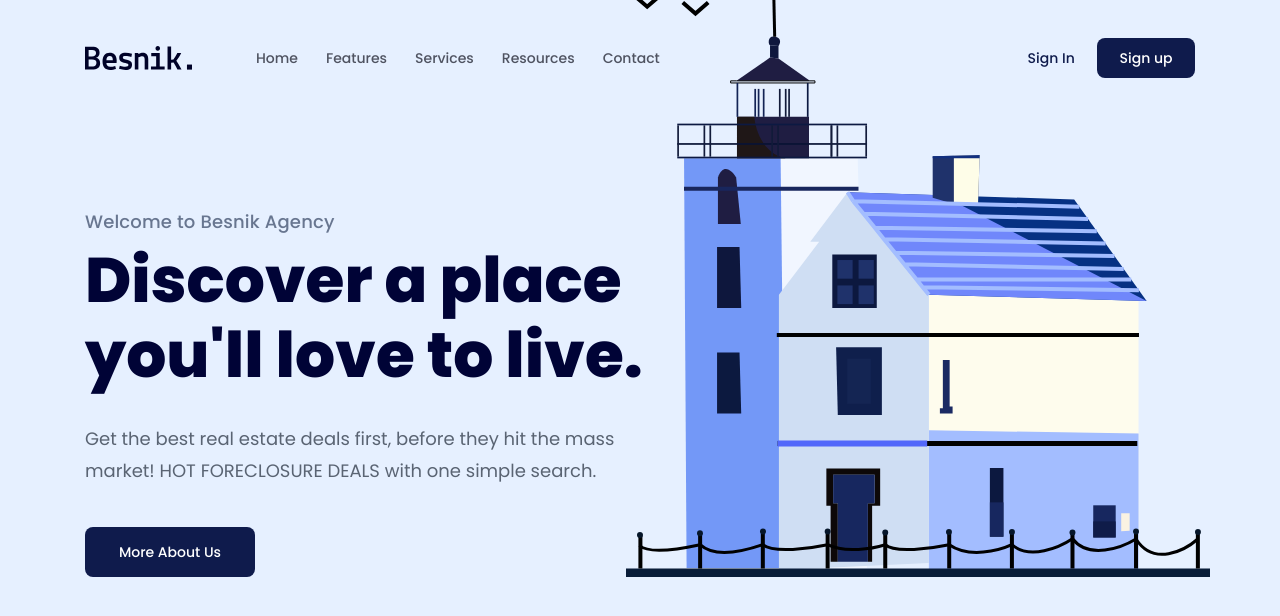
Repository: jessicapaa/F8-Project-01
Page: index.html
An editor plug-in stored every save of this project. The page is shown before and after the next save, followed by the edit.
The browser window is 1280 px wide. The pictures show the whole page.

Above is the page before, as saved 2024-03-08 08:41:35.

### index.html
<!DOCTYPE html>
<html lang="en">

<head>
    <meta charset="UTF-8">
    <meta name="viewport" content="width=device-width, initial-scale=1.0">
    <title>F8-Project-01</title>
    <link rel="stylesheet" href="./assets/css/reset.css">
    <link rel="stylesheet" href="./assets/fonts/stylesheet.css">
    <link rel="stylesheet" href="./assets/css/styles.css">
</head>

<body>
    <!-- main -->
    <main>

        <!-- header -->
        <header class="header">
            <div class="content">
                <nav class="navbar">
                    <!-- logo -->
                    <img src="./assets/img/logo.svg" alt="Besnik.">

                    <!-- navigation -->
                    <ul>
                        <li><a href="#!">Home</a></li>
                        <li><a href="#!">Features</a></li>
                        <li><a href="#!">Services</a></li>
                        <li><a href="#!">Resources</a></li>
                        <li><a href="#!">Contact</a></li>
                    </ul>

                    <!-- Action -->
                    <div class="actions">
                        <a href="#!" class="action-link">Sign In</a>
                        <a href="#!" class="btn action-btn">Sign up</a>
                    </div>
                </nav>
                <div class="hero">
                    <!-- info  -->
                    <div class="info">
                        <p class="sub-title">Welcome to Besnik Agency</p>
                        <h1 class="title">
                            Discover a place you'll love to live.
                        </h1>
                        <p class="desc">Get the best real estate deals first,
                            before they hit the mass market! HOT FORECLOSURE DEALS with one simple search.</p>
                        <a href="#!" class="btn hero-btn">More About Us</a>
                    </div>

                    <!-- img  -->
                    <img src="./assets/img/hero-img.svg" class="hero-img" alt="Discover a place you'll love to live.">
                </div>
            </div>

        </header>
    </main>
</body>

</html>

### assets/fonts/stylesheet.css
@font-face {
    font-family: "Poppins";
    src: url("Poppins/Poppins-BlackItalic.woff2") format("woff2"),
        url("Poppins/Poppins-BlackItalic.woff") format("woff");
    font-weight: 900;
    font-style: italic;
    font-display: swap;
}

@font-face {
    font-family: "Poppins";
    src: url("Poppins/Poppins-Black.woff2") format("woff2"),
        url("Poppins/Poppins-Black.woff") format("woff");
    font-weight: 900;
    font-style: normal;
    font-display: swap;
}

@font-face {
    font-family: "Poppins";
    src: url("Poppins/Poppins-BoldItalic.woff2") format("woff2"),
        url("Poppins/Poppins-BoldItalic.woff") format("woff");
    font-weight: bold;
    font-style: italic;
    font-display: swap;
}

@font-face {
    font-family: "Poppins";
    src: url("Poppins/Poppins-ExtraBold.woff2") format("woff2"),
        url("Poppins/Poppins-ExtraBold.woff") format("woff");
    font-weight: bold;
    font-style: normal;
    font-display: swap;
}

@font-face {
    font-family: "Poppins";
    src: url("Poppins/Poppins-ExtraBoldItalic.woff2") format("woff2"),
        url("Poppins/Poppins-ExtraBoldItalic.woff") format("woff");
    font-weight: bold;
    font-style: italic;
    font-display: swap;
}

@font-face {
    font-family: "Poppins";
    src: url("Poppins/Poppins-ExtraLight.woff2") format("woff2"),
        url("Poppins/Poppins-ExtraLight.woff") format("woff");
    font-weight: 200;
    font-style: normal;
    font-display: swap;
}

@font-face {
    font-family: "Poppins";
    src: url("Poppins/Poppins-ExtraLightItalic.woff2") format("woff2"),
        url("Poppins/Poppins-ExtraLightItalic.woff") format("woff");
    font-weight: 200;
    font-style: italic;
    font-display: swap;
}

@font-face {
    font-family: "Poppins";
    src: url("Poppins/Poppins-Light.woff2") format("woff2"),
        url("Poppins/Poppins-Light.woff") format("woff");
    font-weight: 300;
    font-style: normal;
    font-display: swap;
}

@font-face {
    font-family: "Poppins";
    src: url("Poppins/Poppins-Italic.woff2") format("woff2"),
        url("Poppins/Poppins-Italic.woff") format("woff");
    font-weight: normal;
    font-style: italic;
    font-display: swap;
}

@font-face {
    font-family: "Poppins";
    src: url("Poppins/Poppins-Medium.woff2") format("woff2"),
        url("Poppins/Poppins-Medium.woff") format("woff");
    font-weight: 500;
    font-style: normal;
    font-display: swap;
}

@font-face {
    font-family: "Poppins";
    src: url("Poppins/Poppins-MediumItalic.woff2") format("woff2"),
        url("Poppins/Poppins-MediumItalic.woff") format("woff");
    font-weight: 500;
    font-style: italic;
    font-display: swap;
}

@font-face {
    font-family: "Poppins";
    src: url("Poppins/Poppins-LightItalic.woff2") format("woff2"),
        url("Poppins/Poppins-LightItalic.woff") format("woff");
    font-weight: 300;
    font-style: italic;
    font-display: swap;
}

@font-face {
    font-family: "Poppins";
    src: url("Poppins/Poppins-Regular.woff2") format("woff2"),
        url("Poppins/Poppins-Regular.woff") format("woff");
    font-weight: normal;
    font-style: normal;
    font-display: swap;
}

@font-face {
    font-family: "Poppins";
    src: url("Poppins/Poppins-SemiBold.woff2") format("woff2"),
        url("Poppins/Poppins-SemiBold.woff") format("woff");
    font-weight: 600;
    font-style: normal;
    font-display: swap;
}

@font-face {
    font-family: "Poppins";
    src: url("Poppins/Poppins-SemiBoldItalic.woff2") format("woff2"),
        url("Poppins/Poppins-SemiBoldItalic.woff") format("woff");
    font-weight: 600;
    font-style: italic;
    font-display: swap;
}

@font-face {
    font-family: "Poppins";
    src: url("Poppins/Poppins-Thin.woff2") format("woff2"),
        url("Poppins/Poppins-Thin.woff") format("woff");
    font-weight: 100;
    font-style: normal;
    font-display: swap;
}

@font-face {
    font-family: "Poppins";
    src: url("Poppins/Poppins-ThinItalic.woff2") format("woff2"),
        url("Poppins/Poppins-ThinItalic.woff") format("woff");
    font-weight: 100;
    font-style: italic;
    font-display: swap;
}

### assets/css/styles.css
* {
    box-sizing: border-box;
}
html {
    font-size: 62.5%;
}
:root {
    --primary-color: #0f1b4c;
}
body {
    font-size: 1.6rem;
    /* font-family: ; */
    font-family: "Poppins";
}
/* common */
.content {
    width: 1110px;
    max-width: calc(100% - 48px);
    margin-left: auto;
    margin-right: auto;
}

a {
    text-decoration: none;
}

.btn {
    display: inline-block;
    min-width: 98px;
    background: var(--primary-color);
    border-radius: 8px;
    font-size: 1.4rem;
    font-weight: 500;
    text-align: center;
    color: #fff;
    padding: 18px 16px;
}
.btn:hover {
    opacity: 0.9;
}

/* css header */
.header {
    height: 100vh;
    background: #e6f0ff;
}

.navbar {
    display: flex;
    align-items: center;
    padding-top: 38px;
}

.navbar ul {
    display: flex;
    margin-left: 50px;
}

.navbar .actions {
    margin-left: auto;
}

.navbar ul a {
    font-weight: 500;
    font-size: 1.4rem;
    color: #4f5361;
    padding: 8px 14px;
}

.navbar .action-link {
    font-weight: 500;
    font-size: 1.4rem;
    color: var(--primary-color);
}

.navbar .action-btn {
    padding: 13px 16px;
    margin-left: 18px;
}

/* css hero */

.hero {
    margin-top: 130px;
    position: relative;
}
.hero .info {
    width: 51%;
}

.hero .sub-title {
    color: #687690;
    font-size: 1.8rem;
    font-weight: 500;
    line-height: 1.5;
    letter-spacing: 0.018rem;
}

.hero .title {
    margin-top: 8px;
    font-weight: 700;
    font-size: 6.3rem;
    line-height: 1.19; /* 118.75% */
    color: #000336;
}

.hero .desc {
    margin-top: 30px;
    color: #5a6473;
    font-size: 1.8rem;
    font-weight: 400;
    line-height: 3.2rem; /* 177.778% */
    transform: capitalize;
}
.hero-btn {
    margin-top: 40px;
    min-width: 17rem;
    text-align: center;
}
.hero-img {
    position: absolute;
    right: calc((100vw - 1110px) / 2 - 100px);
    bottom: 0;
}

Loaded but not shown: assets/css/reset.css (common file)

After the next save:
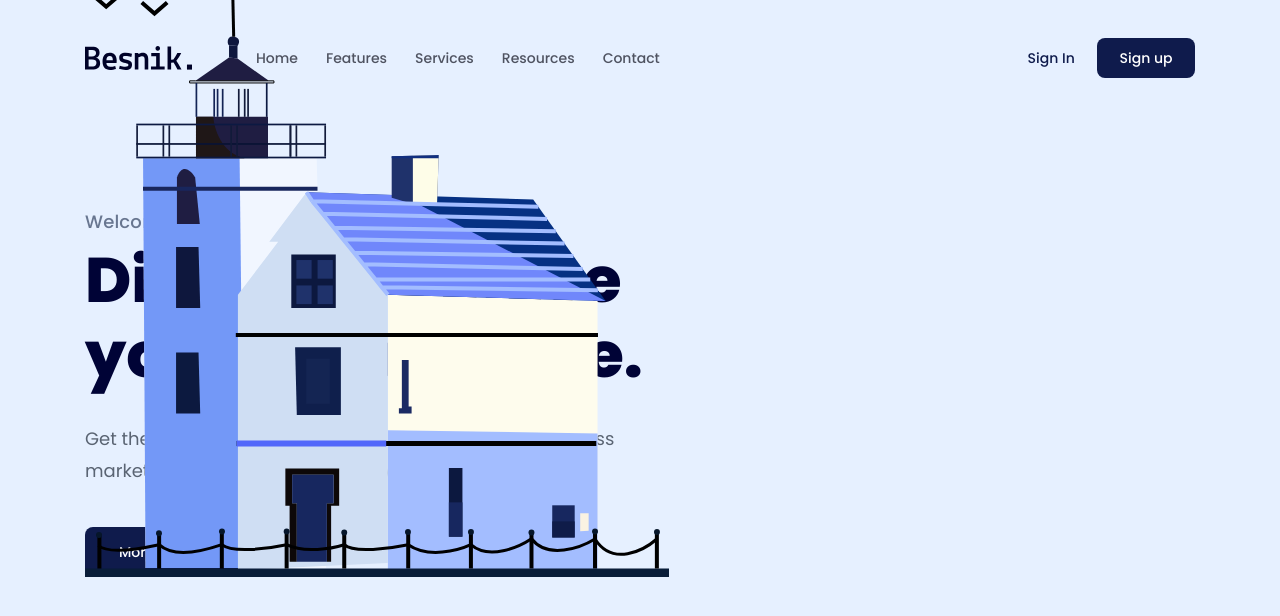
Saved 54 s later.
--- a/assets/css/styles.css
+++ b/assets/css/styles.css
@@ -119,6 +119,6 @@
 }
 .hero-img {
     position: absolute;
-    right: calc((100vw - 1110px) / 2 - 100px);
+    /* right: calc((100vw - 1110px) / 2 - 100px); */
     bottom: 0;
 }

After the save that followed:
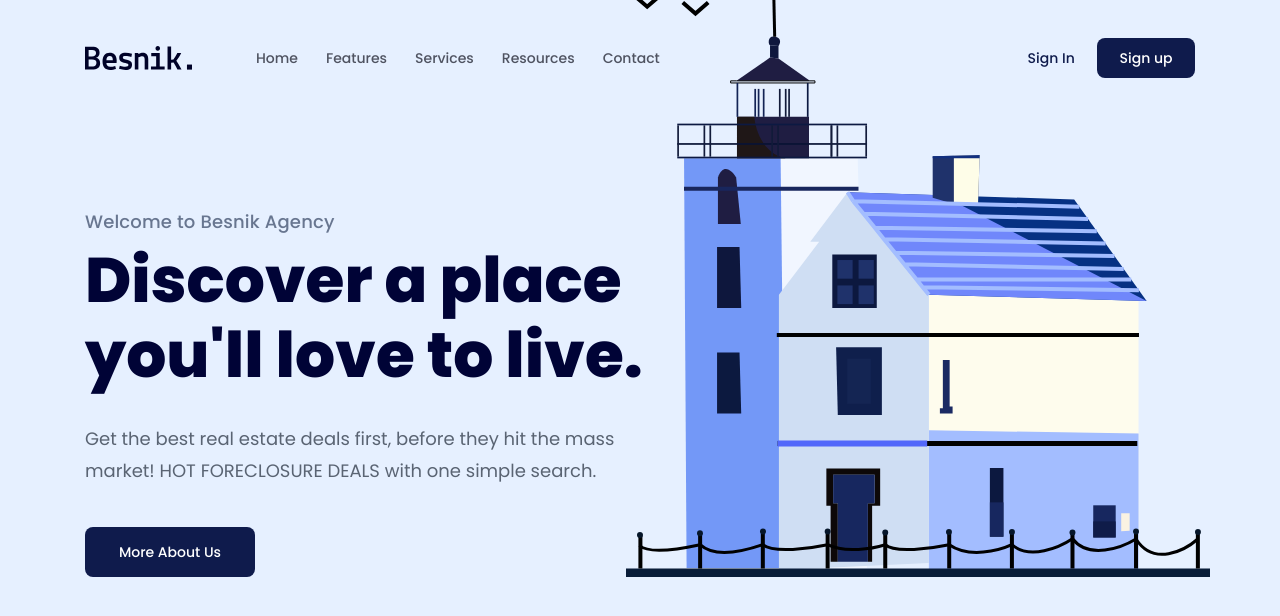
Saved 4 s later.
--- a/assets/css/styles.css
+++ b/assets/css/styles.css
@@ -119,6 +119,6 @@
 }
 .hero-img {
     position: absolute;
-    /* right: calc((100vw - 1110px) / 2 - 100px); */
+    right: calc((100vw - 1110px) / 2 - 100px);
     bottom: 0;
 }
